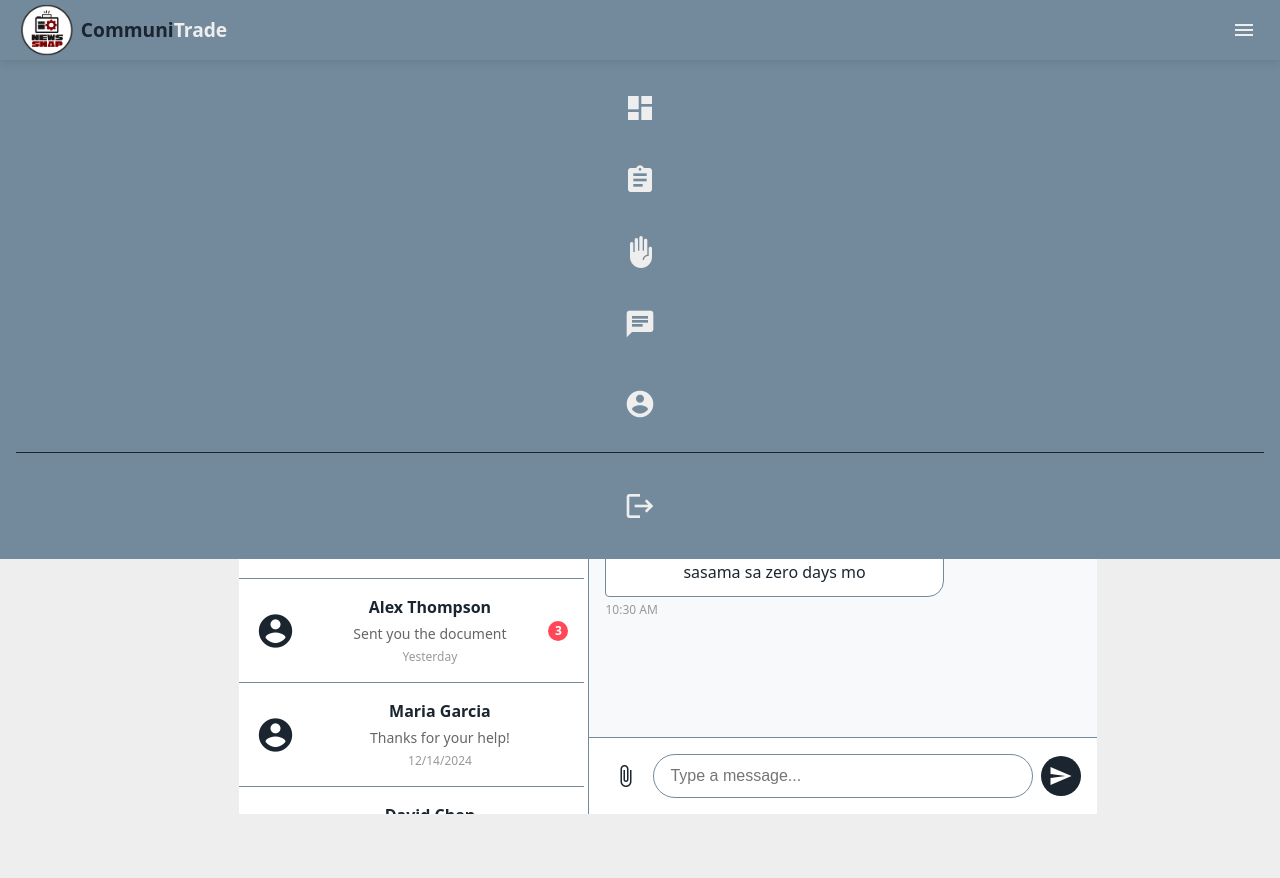
Repository: wholaanmo/news-snap
Page: /message
The author's editor kept a copy of each file at every save. The page is drawn from the files as they stood at one save, then again after the next save.
The browser window is 1280 px wide. The pictures show the whole page.
The project was rebuilt for these pictures with package versions that can differ from the ones it lists, and the page was loaded fresh each time. Also part of the build but not shown: src/components/AdminNavbar.vue, src/components/AdminSidebar.vue, src/layouts/AdminLayout.vue.

Above is the page before, as saved 2025-10-15 20:11:37.

### index.html
<!doctype html>
<html lang="en">
  <head>
    <meta charset="UTF-8" />
    <link rel="icon" type="image/svg+xml" href="/vite.svg" />
    <meta name="viewport" content="width=device-width, initial-scale=1.0" />
    <title>CommuniTrade</title>
    <link href="https://fonts.googleapis.com/css2?family=Material+Icons"
      rel="stylesheet">
    <link href="https://fonts.googleapis.com/css2?family=Roboto:wght@400;700&display=swap" rel="stylesheet">
    <link href="https://fonts.googleapis.com/css2?family=Inter:wght@400;600&display=swap" rel="stylesheet">
  </head>
  <body>
    <div id="app"></div>
    <script type="module" src="/src/main.js"></script>
  </body>
</html>

### src/views/message.vue
<template>
  <div class="message-page">
    <!-- Sidebar with conversation list -->
    <div class="conversation-sidebar" :class="{ 'sidebar-collapsed': !isSidebarExpanded }">
      <div class="sidebar-header">
        <h2>Messages</h2>
      </div>

      <div class="conversation-list">
        <div
          v-for="conversation in conversations"
          :key="conversation.id"
          class="conversation-item"
          :class="{ active: activeConversation?.id === conversation.id }"
          @click="selectConversation(conversation)"
        >
          <div class="avatar">
            <span class="material-icons">account_circle</span>
          </div>
          <div class="conversation-info">
            <div class="user-name">{{ conversation.userName }}</div>
            <div class="last-message">{{ conversation.lastMessage }}</div>
            <div class="timestamp">{{ conversation.timestamp }}</div>
          </div>
          <div v-if="conversation.unreadCount > 0" class="unread-badge">
            {{ conversation.unreadCount }}
          </div>
        </div>
      </div>
    </div>

    <!-- Main chat area -->
    <div class="chat-area">
      <div v-if="activeConversation" class="chat-container">
        <!-- Chat header -->
        <div class="chat-header">
          <div class="chat-user-info">
            <span class="material-icons">account_circle</span>
            <span class="user-name">{{ activeConversation.userName }}</span>
            <span class="status" :class="activeConversation.status">{{ activeConversation.status }}</span>
          </div>
        </div>

        <!-- Messages container -->
        <div class="messages-container" ref="messagesContainer">
          <div
            v-for="message in activeConversation.messages"
            :key="message.id"
            class="message"
            :class="message.sender"
          >
            <div class="message-content">
              <img
                v-if="message.type === 'image'"
                :src="message.content"
                alt="Sent image"
                class="message-image"
                @click="openImageModal(message.content)"
              />
              <span v-else>{{ message.content }}</span>
            </div>
            <div class="message-time">
              {{ message.time }}
            </div>
          </div>
        </div>

        <!-- Message input -->
        <div class="message-input-container">
          <div class="input-wrapper">
            <input
              ref="fileInput"
              type="file"
              accept="image/*"
              style="display: none"
              @change="handleImageSelect"
            />
            <button @click="triggerFileInput" class="attachment-button">
              <span class="material-icons">attach_file</span>
            </button>
            <input
              v-model="newMessage"
              type="text"
              placeholder="Type a message..."
              @keyup.enter="sendMessage"
              class="message-input"
            >
            <button @click="sendMessage" class="send-button">
              <span class="material-icons">send</span>
            </button>
          </div>
          <div v-if="selectedImage" class="image-preview">
            <img :src="selectedImage" alt="Selected image" class="preview-image" />
            <button @click="removeImagePreview" class="remove-image">
              <span class="material-icons">close</span>
            </button>
          </div>
        </div>
      </div>

      <!-- Empty state when no conversation selected -->
      <div v-else class="no-conversation">
        <div class="empty-state">
          <span class="material-icons">chat</span>
          <h3>Select a conversation</h3>
          <p>Choose a conversation from the list to start messaging</p>
        </div>
      </div>
    </div>

    <!-- Image Modal -->
    <div v-if="modalImage" class="image-modal" @click="closeImageModal">
      <div class="modal-content">
        <img :src="modalImage" alt="Full size image" />
        <button class="close-modal" @click="closeImageModal">
          <span class="material-icons">close</span>
        </button>
      </div>
    </div>
  </div>
</template>

<script setup>
import { ref, onMounted, nextTick } from 'vue'

// Reactive data
const isSidebarExpanded = ref(true)
const activeConversation = ref(null)
const newMessage = ref('')
const messagesContainer = ref(null)
const fileInput = ref(null)
const selectedImage = ref(null)
const modalImage = ref(null)

// Sample conversations data
const conversations = ref([
  {
    id: 1,
    userName: 'John Doe',
    lastMessage: 'Thanks for the help!',
    timestamp: '10:30 AM',
    unreadCount: 2,
    status: 'online',
    messages: [
      { id: 1, content: 'Hi sah!', sender: 'them', time: '10:15 AM' },
      { id: 2, content: 'Uy musta my young stunna?', sender: 'me', time: '10:16 AM' },
      { id: 3, content: 'Need ko help sa project namin', sender: 'them', time: '10:20 AM' },
      { id: 4, content: 'Ay bounce na ko jan sah', sender: 'me', time: '10:25 AM' },
      { id: 5, content: 'Awit, makikita mo talaga kung sino sasama sa zero days mo', sender: 'them', time: '10:30 AM' }
    ]
  },
  {
    id: 2,
    userName: 'Sarah Wilson',
    lastMessage: 'See you tomorrow!',
    timestamp: 'Yesterday',
    unreadCount: 0,
    status: 'offline',
    messages: [
      { id: 1, content: 'Meeting tomorrow at 3 PM', sender: 'them', time: 'Yesterday' },
      { id: 2, content: 'Owkie dowkie', sender: 'me', time: 'Yesterday' }
    ]
  },
  {
    id: 3,
    userName: 'Mike Johnson',
    lastMessage: 'Tapos na po maem',
    timestamp: '12/15/2024',
    unreadCount: 1,
    status: 'online',
    messages: [
      { id: 1, content: 'The files you requested are ready for review', sender: 'them', time: '12/15/2024' }
    ]
  },
  {
    id: 4,
    userName: 'Emily Davis',
    lastMessage: 'Are we still meeting today?',
    timestamp: '11:45 AM',
    unreadCount: 0,
    status: 'online',
    messages: [
      { id: 1, content: 'Hey, are you available for a quick call?', sender: 'them', time: '11:30 AM' },
      { id: 2, content: 'Sure, what time works for you?', sender: 'me', time: '11:35 AM' }
    ]
  },
  {
    id: 5,
    userName: 'Alex Thompson',
    lastMessage: 'Sent you the document',
    timestamp: 'Yesterday',
    unreadCount: 3,
    status: 'online',
    messages: [
      { id: 1, content: 'Can you review this document when you have time?', sender: 'them', time: 'Yesterday' },
      { id: 2, content: 'Of course, send it over', sender: 'me', time: 'Yesterday' }
    ]
  },
  {
    id: 6,
    userName: 'Maria Garcia',
    lastMessage: 'Thanks for your help!',
    timestamp: '12/14/2024',
    unreadCount: 0,
    status: 'offline',
    messages: [
      { id: 1, content: 'I really appreciate your assistance with the project', sender: 'them', time: '12/14/2024' },
      { id: 2, content: 'Happy to help anytime!', sender: 'me', time: '12/14/2024' }
    ]
  },
  {
    id: 7,
    userName: 'David Chen',
    lastMessage: 'Lets catch up soon',
    timestamp: '12/13/2024',
    unreadCount: 1,
    status: 'online',
    messages: [
      { id: 1, content: 'Long time no see! How have you been?', sender: 'them', time: '12/13/2024' },
      { id: 2, content: 'Doing great! We should definitely meet up', sender: 'me', time: '12/13/2024' }
    ]
  },
  {
    id: 8,
    userName: 'Lisa Rodriguez',
    lastMessage: 'The package arrived',
    timestamp: '12/12/2024',
    unreadCount: 0,
    status: 'offline',
    messages: [
      { id: 1, content: 'Just wanted to let you know the package arrived safely', sender: 'them', time: '12/12/2024' },
      { id: 2, content: 'Great! Thanks for the update', sender: 'me', time: '12/12/2024' }
    ]
  },
  {
    id: 9,
    userName: 'Kevin Wilson',
    lastMessage: 'Check this out!',
    timestamp: '12/11/2024',
    unreadCount: 2,
    status: 'online',
    messages: [
      { id: 1, content: 'Found this interesting article you might like', sender: 'them', time: '12/11/2024' },
      { id: 2, content: 'Looks cool, Ill read it later', sender: 'me', time: '12/11/2024' }
    ]
  }
])

// Methods
const toggleSidebar = () => {
  isSidebarExpanded.value = !isSidebarExpanded.value
}

const selectConversation = (conversation) => {
  activeConversation.value = conversation
  // Mark as read when selected
  conversation.unreadCount = 0
  // Clear any pending image preview when switching conversations
  selectedImage.value = null
  // Scroll to bottom of messages
  nextTick(() => {
    scrollToBottom()
  })
}

const sendMessage = () => {
  if ((!newMessage.value.trim() && !selectedImage.value) || !activeConversation.value) return

  let messageContent = newMessage.value
  let messageType = 'text'

  // If there's a selected image, send it as an image message
  if (selectedImage.value) {
    messageContent = selectedImage.value
    messageType = 'image'
  }

  const newMsg = {
    id: Date.now(),
    content: messageContent,
    sender: 'me',
    type: messageType,
    time: new Date().toLocaleTimeString([], { hour: '2-digit', minute: '2-digit' })
  }

  activeConversation.value.messages.push(newMsg)
  activeConversation.value.lastMessage = messageType === 'image' ? 'Sent an image' : newMessage.value
  activeConversation.value.timestamp = 'Just now'

  // Clear inputs
  newMessage.value = ''
  selectedImage.value = null

  // Scroll to bottom after sending
  nextTick(() => {
    scrollToBottom()
  })
}

const triggerFileInput = () => {
  fileInput.value.click()
}

const handleImageSelect = (event) => {
  const file = event.target.files[0]
  if (file && file.type.startsWith('image/')) {
    const reader = new FileReader()
    reader.onload = (e) => {
      selectedImage.value = e.target.result
    }
    reader.readAsDataURL(file)
  }

  // Reset file input
  event.target.value = ''
}

const removeImagePreview = () => {
  selectedImage.value = null
}

const openImageModal = (imageSrc) => {
  modalImage.value = imageSrc
}

const closeImageModal = () => {
  modalImage.value = null
}

const scrollToBottom = () => {
  if (messagesContainer.value) {
    messagesContainer.value.scrollTop = messagesContainer.value.scrollHeight
  }
}

// Lifecycle
onMounted(() => {
  // Select first conversation by default
  if (conversations.value.length > 0) {
    selectConversation(conversations.value[0])
  }
})
</script>

<style scoped>
.message-page {
  display: flex;
  height: 100vh;
  background-color: var(--light);
}

/* Conversation Sidebar Styles */
.conversation-sidebar {
  width: 350px;
  background-color: white;
  border-right: 1px solid var(--grey);
  display: flex;
  flex-direction: column;
  transition: width 0.3s ease;
  overflow: hidden;
}

.sidebar-collapsed {
  width: 60px;
}

.sidebar-header {
  display: flex;
  justify-content: space-between;
  align-items: center;
  padding: 1rem;
  border-bottom: 1px solid var(--grey);
  background-color: var(--grey);
}

.sidebar-header h2 {
  margin: 0;
  color: var(--primary);
  font-size: 1.5rem;
}

.toggle-sidebar {
  background: none;
  border: none;
  cursor: pointer;
  color: var(--primary);
  padding: 0.5rem;
  border-radius: 0.25rem;
}

.toggle-sidebar:hover {
  background-color: var(--light);
}

.conversation-list {
  flex: 1;
  overflow-y: auto;
  padding-right: 4px;
}

/* Custom scrollbar for conversation list */
.conversation-list::-webkit-scrollbar {
  width: 8px;
}

.conversation-list::-webkit-scrollbar-track {
  background: #f1f1f1;
  border-radius: 4px;
}

.conversation-list::-webkit-scrollbar-thumb {
  background: var(--primary);
  border-radius: 4px;
}

.conversation-list::-webkit-scrollbar-thumb:hover {
  background: var(--dark);
}

.conversation-item {
  display: flex;
  align-items: center;
  padding: 1rem;
  cursor: pointer;
  border-bottom: 1px solid var(--grey);
  transition: background-color 0.2s ease;
  position: relative;
}

.conversation-item:hover {
  background-color: var(--light);
}

.conversation-item.active {
  background-color: var(--primary);
  color: white;
}

.conversation-item.active .user-name,
.conversation-item.active .last-message,
.conversation-item.active .timestamp {
  color: white;
}

.avatar {
  margin-right: 1rem;
  flex-shrink: 0;
}

.avatar .material-icons {
  font-size: 2.5rem;
  color: var(--primary);
}

.conversation-item.active .avatar .material-icons {
  color: white;
}

.conversation-info {
  flex: 1;
  min-width: 0;
}

.user-name {
  font-weight: 600;
  margin-bottom: 0.25rem;
  color: var(--primary);
}

.last-message {
  font-size: 0.875rem;
  color: #666;
  white-space: nowrap;
  overflow: hidden;
  text-overflow: ellipsis;
}

.timestamp {
  font-size: 0.75rem;
  color: #999;
  margin-top: 0.25rem;
}

.unread-badge {
  background-color: #ff4757;
  color: white;
  border-radius: 50%;
  width: 20px;
  height: 20px;
  display: flex;
  align-items: center;
  justify-content: center;
  font-size: 0.75rem;
  font-weight: 600;
}

/* Chat Area Styles */
.chat-area {
  flex: 1;
  display: flex;
  flex-direction: column;
  background-color: white;
}

.chat-container {
  display: flex;
  flex-direction: column;
  height: 100%;
  width: 100%;
}

.chat-header {
  padding: 1rem;
  border-bottom: 1px solid var(--grey);
  background-color: white;
}

.chat-user-info {
  display: flex;
  align-items: center;
  gap: 0.5rem;
}

.chat-user-info .material-icons {
  font-size: 2rem;
  color: var(--primary);
}

.status {
  font-size: 0.875rem;
  padding: 0.25rem 0.5rem;
  border-radius: 1rem;
  text-transform: capitalize;
}

.status.online {
  background-color: #2ed573;
  color: white;
}

.status.offline {
  background-color: #747d8c;
  color: white;
}

.messages-container {
  flex: 1;
  padding: 1rem;
  overflow-y: auto;
  display: flex;
  flex-direction: column;
  gap: 1rem;
  background-color: #f8f9fa;
  padding-right: 8px;
}

/* Custom scrollbar for messages container */
.messages-container::-webkit-scrollbar {
  width: 6px;
}

.messages-container::-webkit-scrollbar-track {
  background: #e9ecef;
  border-radius: 3px;
}

.messages-container::-webkit-scrollbar-thumb {
  background: #adb5bd;
  border-radius: 3px;
}

.messages-container::-webkit-scrollbar-thumb:hover {
  background: #6c757d;
}

.message {
  display: flex;
  flex-direction: column;
  max-width: 70%;
}

.message.me {
  align-self: flex-end;
  align-items: flex-end;
}

.message.them {
  align-self: flex-start;
  align-items: flex-start;
}

.message-content {
  padding: 0.75rem 1rem;
  border-radius: 1rem;
  word-wrap: break-word;
}

.message.me .message-content {
  background-color: var(--primary);
  color: white;
  border-bottom-right-radius: 0.25rem;
}

.message.them .message-content {
  background-color: white;
  color: var(--primary);
  border: 1px solid var(--grey);
  border-bottom-left-radius: 0.25rem;
}

.message-image {
  max-width: 300px;
  max-height: 300px;
  border-radius: 0.5rem;
  cursor: pointer;
  transition: transform 0.2s ease;
}

.message-image:hover {
  transform: scale(1.02);
}

.message-time {
  font-size: 0.75rem;
  color: #999;
  margin-top: 0.25rem;
}

.message-input-container {
  padding: 1rem;
  border-top: 1px solid var(--grey);
  background-color: white;
}

.input-wrapper {
  display: flex;
  gap: 0.5rem;
  align-items: center;
}

.attachment-button {
  background: none;
  border: none;
  color: var(--primary);
  cursor: pointer;
  padding: 0.5rem;
  border-radius: 50%;
  transition: background-color 0.2s ease;
}

.attachment-button:hover {
  background-color: var(--light);
}

.message-input {
  flex: 1;
  padding: 0.75rem 1rem;
  border: 1px solid var(--grey);
  border-radius: 2rem;
  outline: none;
  font-size: 1rem;
}

.message-input:focus {
  border-color: var(--primary);
}

.send-button {
  background-color: var(--primary);
  color: white;
  border: none;
  border-radius: 50%;
  width: 40px;
  height: 40px;
  display: flex;
  align-items: center;
  justify-content: center;
  cursor: pointer;
  transition: background-color 0.2s ease;
}

.send-button:hover {
  background-color: var(--dark);
}

/* Image Preview Styles */
.image-preview {
  position: relative;
  margin-top: 0.5rem;
  display: inline-block;
}

.preview-image {
  max-width: 150px;
  max-height: 150px;
  border-radius: 0.5rem;
  border: 2px solid var(--primary);
}

.remove-image {
  position: absolute;
  top: -8px;
  right: -8px;
  background: #ff4757;
  border: none;
  border-radius: 50%;
  width: 24px;
  height: 24px;
  display: flex;
  align-items: center;
  justify-content: center;
  cursor: pointer;
  color: white;
  font-size: 0.75rem;
}

.no-conversation {
  flex: 1;
  display: flex;
  align-items: center;
  justify-content: center;
  background-color: #f8f9fa;
}

.empty-state {
  text-align: center;
  color: #666;
}

.empty-state .material-icons {
  font-size: 4rem;
  color: var(--grey);
  margin-bottom: 1rem;
}

/* Image Modal Styles */
.image-modal {
  position: fixed;
  top: 0;
  left: 0;
  width: 100%;
  height: 100%;
  background-color: rgba(0, 0, 0, 0.9);
  display: flex;
  align-items: center;
  justify-content: center;
  z-index: 1000;
}

.modal-content {
  position: relative;
  max-width: 90%;
  max-height: 90%;
}

.modal-content img {
  max-width: 100%;
  max-height: 90vh;
  border-radius: 0.5rem;
}

.close-modal {
  position: absolute;
  top: -40px;
  right: 0;
  background: none;
  border: none;
  color: white;
  font-size: 2rem;
  cursor: pointer;
  padding: 0.5rem;
}

/* Responsive Design */
@media (max-width: 768px) {
  .conversation-sidebar {
    position: absolute;
    left: 0;
    top: 0;
    height: 100%;
    z-index: 98;
    transform: translateX(0);
  }

  .sidebar-collapsed {
    transform: translateX(-100%);
  }

  .chat-area {
    width: 100%;
  }

  .message {
    max-width: 85%;
  }

  .message-image {
    max-width: 200px;
    max-height: 200px;
  }
}

/* Material Icons alignment fix */
.material-icons {
  vertical-align: bottom;
}
</style>

Loaded but not shown: src/style.css (common file); src/main.js (98 lines, source omitted); src/components/Sidebar.vue (236 lines, source omitted); src/components/Navbar.vue (122 lines, source omitted); src/layouts/UserLayout.vue (57 lines, source omitted); src/App.vue (44 lines, source omitted)

After the next save:
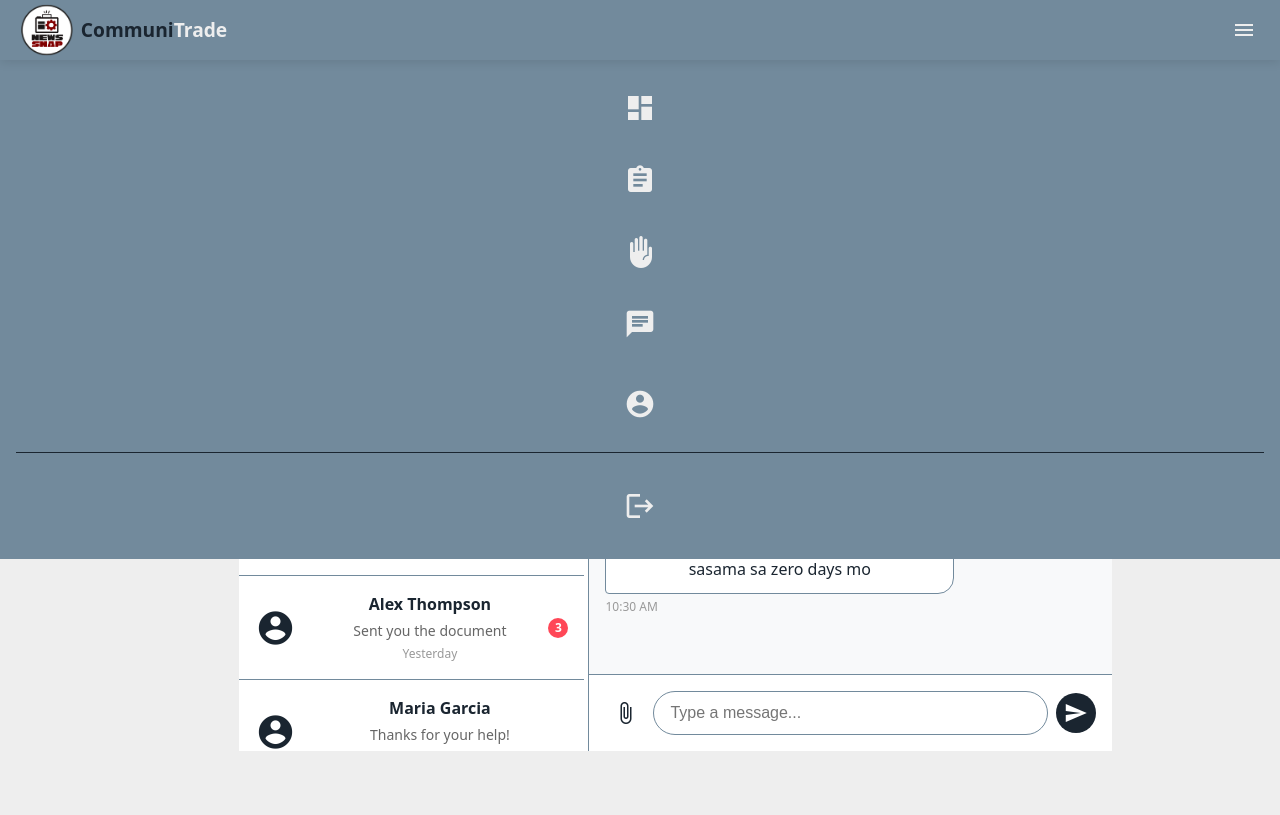
Saved 10 s later.
--- a/src/views/message.vue
+++ b/src/views/message.vue
@@ -73,7 +73,7 @@
               type="file"
               accept="image/*"
               style="display: none"
-              @change="handleImageSelect"
+              @change="handleImageUpload"
             />
             <button @click="triggerFileInput" class="attachment-button">
               <span class="material-icons">attach_file</span>
@@ -89,12 +89,6 @@
               <span class="material-icons">send</span>
             </button>
           </div>
-          <div v-if="selectedImage" class="image-preview">
-            <img :src="selectedImage" alt="Selected image" class="preview-image" />
-            <button @click="removeImagePreview" class="remove-image">
-              <span class="material-icons">close</span>
-            </button>
-          </div>
         </div>
       </div>
 
@@ -109,9 +103,9 @@
     </div>
 
     <!-- Image Modal -->
-    <div v-if="modalImage" class="image-modal" @click="closeImageModal">
+    <div v-if="selectedImage" class="image-modal" @click="closeImageModal">
       <div class="modal-content">
-        <img :src="modalImage" alt="Full size image" />
+        <img :src="selectedImage" alt="Full size image" />
         <button class="close-modal" @click="closeImageModal">
           <span class="material-icons">close</span>
         </button>
@@ -130,7 +124,6 @@ const newMessage = ref('')
 const messagesContainer = ref(null)
 const fileInput = ref(null)
 const selectedImage = ref(null)
-const modalImage = ref(null)
 
 // Sample conversations data
 const conversations = ref([
@@ -255,8 +248,6 @@ const selectConversation = (conversation) => {
   activeConversation.value = conversation
   // Mark as read when selected
   conversation.unreadCount = 0
-  // Clear any pending image preview when switching conversations
-  selectedImage.value = null
   // Scroll to bottom of messages
   nextTick(() => {
     scrollToBottom()
@@ -264,32 +255,20 @@ const selectConversation = (conversation) => {
 }
 
 const sendMessage = () => {
-  if ((!newMessage.value.trim() && !selectedImage.value) || !activeConversation.value) return
-
-  let messageContent = newMessage.value
-  let messageType = 'text'
-
-  // If there's a selected image, send it as an image message
-  if (selectedImage.value) {
-    messageContent = selectedImage.value
-    messageType = 'image'
-  }
+  if (!newMessage.value.trim() || !activeConversation.value) return
 
   const newMsg = {
     id: Date.now(),
-    content: messageContent,
+    content: newMessage.value,
     sender: 'me',
-    type: messageType,
     time: new Date().toLocaleTimeString([], { hour: '2-digit', minute: '2-digit' })
   }
 
   activeConversation.value.messages.push(newMsg)
-  activeConversation.value.lastMessage = messageType === 'image' ? 'Sent an image' : newMessage.value
+  activeConversation.value.lastMessage = newMessage.value
   activeConversation.value.timestamp = 'Just now'
 
-  // Clear inputs
   newMessage.value = ''
-  selectedImage.value = null
 
   // Scroll to bottom after sending
   nextTick(() => {
@@ -301,12 +280,27 @@ const triggerFileInput = () => {
   fileInput.value.click()
 }
 
-const handleImageSelect = (event) => {
+const handleImageUpload = (event) => {
   const file = event.target.files[0]
   if (file && file.type.startsWith('image/')) {
     const reader = new FileReader()
     reader.onload = (e) => {
-      selectedImage.value = e.target.result
+      const imageMsg = {
+        id: Date.now(),
+        content: e.target.result,
+        sender: 'me',
+        type: 'image',
+        time: new Date().toLocaleTimeString([], { hour: '2-digit', minute: '2-digit' })
+      }
+
+      activeConversation.value.messages.push(imageMsg)
+      activeConversation.value.lastMessage = 'Sent an image'
+      activeConversation.value.timestamp = 'Just now'
+
+      // Scroll to bottom after sending
+      nextTick(() => {
+        scrollToBottom()
+      })
     }
     reader.readAsDataURL(file)
   }
@@ -315,16 +309,12 @@ const handleImageSelect = (event) => {
   event.target.value = ''
 }
 
-const removeImagePreview = () => {
+const openImageModal = (imageSrc) => {
+  selectedImage.value = imageSrc
+}
+
+const closeImageModal = () => {
   selectedImage.value = null
-}
-
-const openImageModal = (imageSrc) => {
-  modalImage.value = imageSrc
-}
-
-const closeImageModal = () => {
-  modalImage.value = null
 }
 
 const scrollToBottom = () => {
@@ -345,7 +335,8 @@ onMounted(() => {
 <style scoped>
 .message-page {
   display: flex;
-  height: 100vh;
+  height: calc(100vh - 60px);
+  margin-top: -3px;
   background-color: var(--light);
 }
 
@@ -506,7 +497,7 @@ onMounted(() => {
   display: flex;
   flex-direction: column;
   height: 100%;
-  width: 100%;
+  width: 103%;
 }
 
 .chat-header {
@@ -681,37 +672,6 @@ onMounted(() => {
 
 .send-button:hover {
   background-color: var(--dark);
-}
-
-/* Image Preview Styles */
-.image-preview {
-  position: relative;
-  margin-top: 0.5rem;
-  display: inline-block;
-}
-
-.preview-image {
-  max-width: 150px;
-  max-height: 150px;
-  border-radius: 0.5rem;
-  border: 2px solid var(--primary);
-}
-
-.remove-image {
-  position: absolute;
-  top: -8px;
-  right: -8px;
-  background: #ff4757;
-  border: none;
-  border-radius: 50%;
-  width: 24px;
-  height: 24px;
-  display: flex;
-  align-items: center;
-  justify-content: center;
-  cursor: pointer;
-  color: white;
-  font-size: 0.75rem;
 }
 
 .no-conversation {
